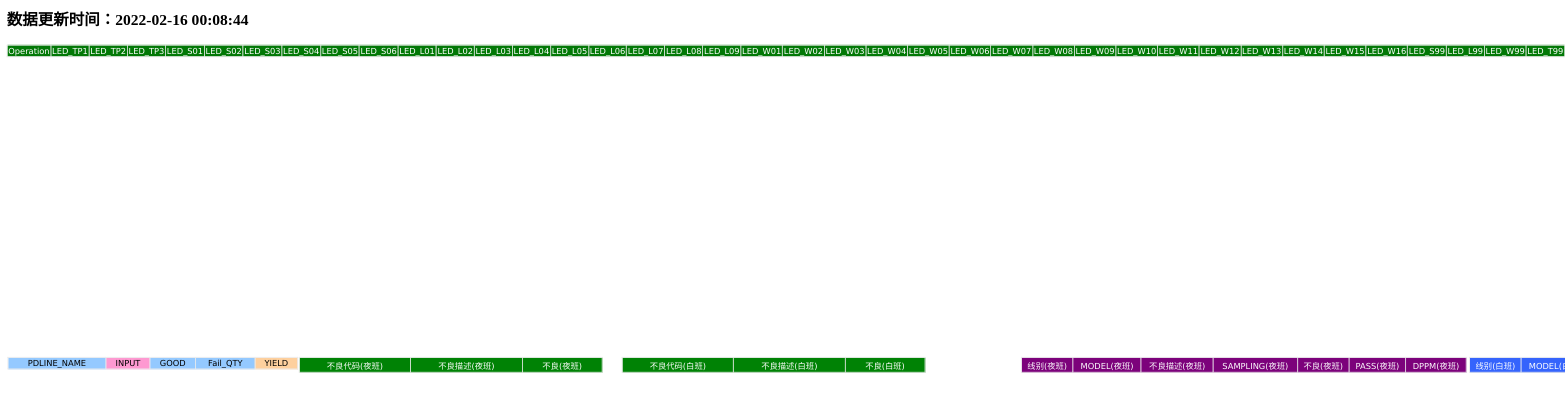
Repository: zxj19880502/mycode
Page: http://localhost/test1/time.jsp
An editor plug-in stored every save of this project. The page is shown before and after the next save, followed by the edit.
The browser window is 1280 px wide. The page is 1886 px wide, so the pictures cover 1886 px, including what lies to the right of the window. The pictures show the whole page, at 83% of full size.
The page is served by Tomcat 9. Queries for data that is not in the repository find no rows.

Above is the page before, as saved 2022-02-17 00:35:00.

### apache-tomcat-8.5.73/webapps/ROOT/test1/time.jsp
<%@ page contentType="text/html;charset=utf-8" language="java" errorPage="" %>
 <%@ page import="java.text.*"%>
<%@ page import="java.sql.*" %>
 <%@page import="java.util.*"%>

<meta http-equiv="refresh" content="300">

<html>



<head>

  <title>时间查询</title>


<style type="text/css">
#container {
    height: 70%;
}

.highcharts-figure,
.highcharts-data-table table {

    margin: 1em auto;
}

#datatable {
    font-family: Verdana, sans-serif;
    border-collapse: collapse;
    border: 1px solid #ebebeb;

    text-align: center;
    font-size:10px;

}



#datatable td,
#datatable th,
#datatable caption {
    padding: 0.1em;
}

#datatable thead tr,
#datatable tr:nth-child(even) {
    background: #f8f8f8;
}

#datatable tr:hover {
    background: #f1f7ff;
}

		</style>
</head>
 <body >

<%

Class.forName("oracle.jdbc.driver.OracleDriver");

Connection connection=DriverManager.getConnection("jdbc:oracle:thin:@172.22.24.221:1521:ledmes1","sajet","tech");

Statement stmt=connection.createStatement();

Statement stmtc=connection.createStatement();
Statement cc=connection.createStatement();
Statement dd=connection.createStatement();

Statement hja=connection.createStatement();
Statement wip=connection.createStatement();

Statement nqc=connection.createStatement();
Statement dqc=connection.createStatement();

String path = request.getContextPath();
String basePath = request.getScheme()+"://"+request.getServerName()+":"+request.getServerPort()+path+"/";
String starday = request.getParameter("day");//用request得到
String startime = request.getParameter("time");//用request得到
String endday = request.getParameter("endday");//用request得到
String endtime = request.getParameter("endtime");//用request得到
String datetime = new SimpleDateFormat("yyyy-MM-dd HH:mm:ss").format(Calendar.getInstance().getTime());//系统时间变量
ResultSet rs =stmt.executeQuery("SELECT PROCESS_NAME ,sum(nvl(LED_TP1,'0')) LED_TP1,sum(nvl(LED_TP2,'0')) LED_TP2,sum(nvl(LED_TP3,'0')) LED_TP3,sum(nvl(LED_S01,'0')) LED_S01,sum(nvl(LED_S02,'0')) LED_S02,sum(nvl(LED_S03,'0')) LED_S03,sum(nvl(LED_S04,'0')) LED_S04,sum(nvl(LED_S05,'0')) LED_S05,sum(nvl(LED_S06,'0')) LED_S06,sum(nvl(LED_L01,'0')) LED_L01,sum(nvl(LED_L02,'0')) LED_L02,sum(nvl(LED_L03,'0')) LED_L03,sum(nvl(LED_L04,'0')) LED_L04,sum(nvl(LED_L05,'0')) LED_L05,sum(nvl(LED_L06,'0')) LED_L06,sum(nvl(LED_L07,'0')) LED_L07,sum(nvl(LED_L08,'0')) LED_L08,sum(nvl(LED_L09,'0')) LED_L09,sum(nvl(LED_W01,'0')) LED_W01,sum(nvl(LED_W02,'0')) LED_W02,sum(nvl(LED_W03,'0')) LED_W03,sum(nvl(LED_W04,'0')) LED_W04,sum(nvl(LED_W05,'0')) LED_W05,sum(nvl(LED_W06,'0')) LED_W06,sum(nvl(LED_W07,'0')) LED_W07,sum(nvl(LED_W08,'0')) LED_W08,sum(nvl(LED_W09,'0')) LED_W09,sum(nvl(LED_W10,'0')) LED_W10,sum(nvl(LED_W11,'0')) LED_W11,sum(nvl(LED_W12,'0')) LED_W12,sum(nvl(LED_W13,'0')) LED_W13,sum(nvl(LED_W14,'0')) LED_W14,sum(nvl(LED_W15,'0')) LED_W15,sum(nvl(LED_W16,'0')) LED_W16,sum(nvl(LED_S99,'0')) LED_S99,sum(nvl(LED_L99,'0')) LED_L99,sum(nvl(LED_W99,'0')) LED_W99,sum(nvl(LED_T99,'0')) LED_T99 from(SELECT PDLINE_NAME,PROCESS_NAME, decode(PDLINE_NAME,'LED_TP1',input)LED_TP1,decode(PDLINE_NAME,'LED_W10',input) LED_W10,decode(PDLINE_NAME,'LED_W16',input) LED_W16 ,decode(PDLINE_NAME,'LED_W01',input) LED_W01 ,decode(PDLINE_NAME,'LED_L05',input) LED_L05,decode(PDLINE_NAME,'LED_S01',input) LED_S01,decode(PDLINE_NAME,'LED_S02',input) LED_S02 ,decode(PDLINE_NAME,'LED_L02',input) LED_L02 ,decode(PDLINE_NAME,'LED_L08',input) LED_L08 ,decode(PDLINE_NAME,'LED_L04',input) LED_L04 ,decode(PDLINE_NAME,'LED_L09',input) LED_L09,decode(PDLINE_NAME,'LED_TP2',input) LED_TP2,decode(PDLINE_NAME,'LED_W03',input) LED_W03 ,decode(PDLINE_NAME,'LED_L03',input) LED_L03 ,decode(PDLINE_NAME,'LED_W07',input) LED_W07,decode(PDLINE_NAME,'LED_W08',input) LED_W08,decode(PDLINE_NAME,'LED_S05',input) LED_S05 ,decode(PDLINE_NAME,'LED_W05',input) LED_W05 ,decode(PDLINE_NAME,'LED_W04',input) LED_W04 ,decode(PDLINE_NAME,'LED_TP3',input) LED_TP3 ,decode(PDLINE_NAME,'LED_S99',input) LED_S99,decode(PDLINE_NAME,'LED_W02',input) LED_W02,decode(PDLINE_NAME,'LED_S04',input) LED_S04 ,decode(PDLINE_NAME,'LED_S03',input) LED_S03 ,decode(PDLINE_NAME,'LED_W09',input) LED_W09,decode(PDLINE_NAME,'LED_L01',input) LED_L01,decode(PDLINE_NAME,'LED_L07',input) LED_L07 ,decode(PDLINE_NAME,'LED_W11',input) LED_W11 ,decode(PDLINE_NAME,'LED_L99',input) LED_L99 ,decode(PDLINE_NAME,'LED_W12',input) LED_W12 ,decode(PDLINE_NAME,'LED_S06',input) LED_S06 ,decode(PDLINE_NAME,'LED_W06',input) LED_W06 ,decode(PDLINE_NAME,'LED_L06',input) LED_L06 ,decode(PDLINE_NAME,'LED_W13',input) LED_W13 ,decode(PDLINE_NAME,'LED_W14',input) LED_W14 ,decode(PDLINE_NAME,'LED_W15',input) LED_W15 ,decode(PDLINE_NAME,'LED_W99',input) LED_W99 ,decode(PDLINE_NAME,'LED_T99',input) LED_T99 from INPUT_QTYC  WHERE WORK_DATE||WORK_TIME between to_CHAR('"+startime+""+starday+"')and to_char('"+endtime+""+endday+"'))GROUP BY PROCESS_NAME ");
ResultSet hjb =hja.executeQuery("SELECT PROCESS_NAME ,sum(INPUT)AS INPUT,sum(PASS_QTY)AS PASS_QTY,sum(FAIL_QTY)AS fail, SUM(REPASS_QTY)AS REPASS,CONCAT(round(decode(SUM(PASS_QTY),0,0,(SUM(PASS_QTY)/(sum(input)))*100),2),'%')AS yeald FROM input_qtyc  WHERE WORK_DATE||WORK_TIME between to_CHAR('"+startime+""+starday+"')and to_char('"+endtime+""+endday+"')  GROUP BY PROCESS_NAME ");
ResultSet wips =wip.executeQuery("SELECT '合计'AS heji, sum(PASS_QTY+FAIL_QTY)AS INPUT,sum(PASS_QTY)AS PASS_QTY,sum(FAIL_QTY)AS fail, SUM(REPASS_QTY)AS REPASS,CONCAT(round(decode(SUM(PASS_QTY),0,0,(SUM(PASS_QTY)/(sum(PASS_QTY+FAIL_QTY)))*100),2),'%')AS yeald FROM G_SN_COUNT a LEFT join sajet.SYS_PROCESS b  on a.process_id = b.process_id LEFT join sajet.SYS_PDLINE c  on a.PDLINE_ID = c.PDLINE_ID WHERE WORK_DATE||WORK_TIME between to_CHAR('"+startime+""+starday+"')and to_char('"+endtime+""+endday+"')");

ResultSet rc =stmtc.executeQuery("SELECT * FROM (SELECT PDLINE_NAME,sum(PASS_QTY+FAIL_QTY)as input,sum(PASS_QTY)as good,SUM(FAIL_QTY)AS FAIL_QTY,CONCAT(round(decode(SUM(PASS_QTY),0,0,(SUM(PASS_QTY)/(sum(PASS_QTY+FAIL_QTY)))*100),2),'%')as Yield from(select * from sajet.G_SN_COUNT a  LEFT join sajet.SYS_PROCESS b  on a.process_id = b.process_id LEFT join sajet.SYS_PDLINE c  on a.PDLINE_ID = c.PDLINE_ID LEFT join sajet.G_WO_BASE d  on a.WORK_ORDER = d.WORK_ORDER WHERE A.WORK_DATE||A.WORK_TIME between to_CHAR('"+startime+""+starday+"')and to_char('"+endtime+""+endday+"') )GROUP BY PDLINE_NAME ORDER BY FAIL_QTY DESC ) ");
ResultSet rb =cc.executeQuery("SELECT distinct Defect_Code 不良代码,Defect_Desc 不良描述, SUMCOUNT 数量 FROM (SELECT F.Defect_Code , F.Defect_Desc ,SUM (A.DEFECT_QTY) SUMCOUNT FROM SAJET.G_SN_DEFECT A, SAJET.SYS_DEFECT F WHERE 1=1 and  A.REC_TIME >= (SYSDATE - 225)AND A.REC_TIME <  (SYSDATE) AND A.DEFECT_ID = F.DEFECT_ID AND  A.REC_TIME between TRUNC(SYSDATE) + 08/24 and TRUNC(SYSDATE) + 20/24 GROUP BY F.Defect_Code, F.Defect_Desc ORDER BY 3 DESC)WHERE ROWNUM <= 20");
ResultSet rf=dd.executeQuery("SELECT distinct Defect_Code 不良代码,Defect_Desc 不良描述, SUMCOUNT 数量 FROM (SELECT F.Defect_Code , F.Defect_Desc ,SUM (A.DEFECT_QTY) SUMCOUNT FROM SAJET.G_SN_DEFECT A, SAJET.SYS_DEFECT F WHERE 1=1 and  A.REC_TIME >= (SYSDATE - 225)AND A.REC_TIME <  (SYSDATE) AND A.DEFECT_ID = F.DEFECT_ID AND  A.REC_TIME between TRUNC(SYSDATE-1) + 20/24 and TRUNC(SYSDATE) + 08/24 GROUP BY F.Defect_Code, F.Defect_Desc ORDER BY 3 DESC)WHERE ROWNUM <= 20");

ResultSet nq=nqc.executeQuery("SELECT PDLINE_NAME 线别,MODEL_ID model,defect_desc 不良描述,SAMPLING_SIZE SAMPLING,FAIL_QTY 不良,PASS_QTY PASS,dppm FROM (SELECT D.PDLINE_NAME,A.MODEL_ID ,C.DEFECT_DESC,A.SAMPLING_SIZE ,A.FAIL_QTY,A.PASS_QTY,sum(FAIL_QTY/SAMPLING_SIZE*1000000)DPPM FROM G_QC_LOT A LEFT JOIN G_QC_SN_DEFECT B ON A.QC_LOTNO =B.QC_LOTNO LEFT JOIN SYS_DEFECT C ON B.DEFECT_ID =C.DEFECT_ID LEFT JOIN SYS_PDLINE D ON A.PDLINE_ID =D.PDLINE_ID WHERE END_TIME between TRUNC(SYSDATE-1) + 20/24 and TRUNC(SYSDATE) + 08/24 GROUP BY D.PDLINE_NAME,A.MODEL_ID ,C.DEFECT_DESC,A.SAMPLING_SIZE ,A.FAIL_QTY,A.PASS_QTY ORDER BY A.FAIL_QTY DESC )WHERE ROWNUM <= 20");
ResultSet dq=dqc.executeQuery("SELECT PDLINE_NAME 线别,MODEL_ID model,defect_desc 不良描述,SAMPLING_SIZE SAMPLING,FAIL_QTY 不良,PASS_QTY PASS ,dppm FROM (SELECT D.PDLINE_NAME,A.MODEL_ID ,C.DEFECT_DESC,A.SAMPLING_SIZE ,A.FAIL_QTY,A.PASS_QTY ,sum(FAIL_QTY/SAMPLING_SIZE*1000000) dppm FROM G_QC_LOT A LEFT JOIN G_QC_SN_DEFECT B ON A.QC_LOTNO =B.QC_LOTNO LEFT JOIN SYS_DEFECT C ON B.DEFECT_ID =C.DEFECT_ID LEFT JOIN SYS_PDLINE D ON A.PDLINE_ID =D.PDLINE_ID WHERE END_TIME between TRUNC(SYSDATE) + 08/24 and TRUNC(SYSDATE) + 20/24 GROUP BY D.PDLINE_NAME,A.MODEL_ID ,C.DEFECT_DESC,A.SAMPLING_SIZE ,A.FAIL_QTY,A.PASS_QTY ORDER BY A.FAIL_QTY DESC )WHERE ROWNUM <= 20");
%>
<tr><td><h3>数据更新时间：<%=datetime %></h3></td></tr>



<table id="datatable" border="1">

    <tr>


  <td style="background: #027806;color: #fff">Operation</td>

         <td style="background: #027806;color: #fff">LED_TP1</td>
         <td style="background: #027806;color: #fff">LED_TP2</td>
         <td style="background: #027806;color: #fff">LED_TP3</td>
         <td style="background: #027806;color: #fff">LED_S01</td>
         <td style="background: #027806;color: #fff">LED_S02</td>
         <td style="background: #027806;color: #fff">LED_S03</td>
         <td style="background: #027806;color: #fff">LED_S04</td>
         <td style="background: #027806;color: #fff">LED_S05</td>
         <td style="background: #027806;color: #fff">LED_S06</td>
         <td style="background: #027806;color: #fff">LED_L01</td>
         <td style="background: #027806;color: #fff">LED_L02</td>
         <td style="background: #027806;color: #fff">LED_L03</td>
         <td style="background: #027806;color: #fff">LED_L04</td>
         <td style="background: #027806;color: #fff">LED_L05</td>
         <td style="background: #027806;color: #fff">LED_L06</td>
         <td style="background: #027806;color: #fff">LED_L07</td>
         <td style="background: #027806;color: #fff">LED_L08</td>
         <td style="background: #027806;color: #fff">LED_L09</td>
         <td style="background: #027806;color: #fff">LED_W01</td>
         <td style="background: #027806;color: #fff">LED_W02</td>
         <td style="background: #027806;color: #fff">LED_W03</td>
         <td style="background: #027806;color: #fff">LED_W04</td>
         <td style="background: #027806;color: #fff">LED_W05</td>
         <td style="background: #027806;color: #fff">LED_W06</td>
         <td style="background: #027806;color: #fff">LED_W07</td>
         <td style="background: #027806;color: #fff">LED_W08</td >
         <td style="background: #027806;color: #fff">LED_W09</td>
         <td style="background: #027806;color: #fff">LED_W10</td>
         <td style="background: #027806;color: #fff">LED_W11</td>
         <td style="background: #027806;color: #fff">LED_W12</td>
         <td style="background: #027806;color: #fff">LED_W13</td>
         <td style="background: #027806;color: #fff">LED_W14</td>
         <td style="background: #027806;color: #fff">LED_W15</td>
         <td style="background: #027806;color: #fff">LED_W16</td>
         <td style="background: #027806;color: #fff">LED_S99</td>
         <td style="background: #027806;color: #fff">LED_L99</td>
         <td style="background: #027806;color: #fff">LED_W99</td>
         <td style="background: #027806;color: #fff">LED_T99</td>

       </tr>


          <% while(rs.next()){ %>

        <tr style="background: #ffffd1">

           <td style=" background: #cb99fa"> <%=rs.getString(1)%></td>
            <td> <%=rs.getString(2)%></td>
             <td> <%=rs.getString(3)%></td>
              <td> <%=rs.getString(4)%></td>
               <td> <%=rs.getString(5)%></td>
                <td> <%=rs.getString(6)%></td>
                 <td> <%=rs.getString(7)%></td>
                  <td> <%=rs.getString(8)%></td>
                   <td> <%=rs.getString(9)%></td>
                    <td> <%=rs.getString(10)%></td>
                     <td> <%=rs.getString(11)%></td>
                      <td> <%=rs.getString(12)%></td>
                       <td> <%=rs.getString(13)%></td>
                        <td> <%=rs.getString(14)%></td>
                         <td> <%=rs.getString(15)%></td>
                          <td> <%=rs.getString(16)%></td>
                           <td> <%=rs.getString(17)%></td>
                            <td> <%=rs.getString(18)%></td>
                             <td> <%=rs.getString(19)%></td>
                              <td> <%=rs.getString(20)%></td>
                               <td> <%=rs.getString(21)%></td>
                                <td> <%=rs.getString(22)%></td>
                                 <td> <%=rs.getString(23)%></td>
                                  <td> <%=rs.getString(24)%></td>
                                   <td> <%=rs.getString(25)%></td>
                                    <td> <%=rs.getString(26)%></td>
                                     <td> <%=rs.getString(27)%></td>
                                      <td> <%=rs.getString(28)%></td>
                                      <td> <%=rs.getString(29)%></td>
                                       <td> <%=rs.getString(30)%></td>
                                        <td> <%=rs.getString(31)%></td>
                                         <td> <%=rs.getString(32)%></td>
                                          <td> <%=rs.getString(33)%></td>
                                           <td> <%=rs.getString(34)%></td>
                                            <td> <%=rs.getString(35)%></td>
                                             <td> <%=rs.getString(36)%></td>
                                              <td> <%=rs.getString(37)%></td>
                                               <td> <%=rs.getString(38)%></td>
                                               <td> <%=rs.getString(39)%></td>



     <% } %>


  </tr>





 <table  name="er" id="er" style="position:absolute;top:430px;left:9px;width: 350px;font-family: Verdana, sans-serif;border-collapse: collapse;border: 1px solid #ebebeb;text-align: center;font-size:10px">
  <tr>
      <td style="background: #94c9ff;border: 1px solid #ebebeb;">PDLINE_NAME  </td>
       <td style="background: #fe99d1;border: 1px solid #ebebeb;">INPUT</td>
          <td style="background: #94c9ff;border: 1px solid #ebebeb;">GOOD</td>
          <td style="background: #94c9ff;border: 1px solid #ebebeb;">Fail_QTY</td>
           <td  style="background: #fed09e;border: 1px solid #ebebeb;">YIELD</td>
  </tr>

  <% while(rc.next()){   %>

    <tr >

           <td style="background: #94c9ff; border: 1px solid #ebebeb;"> <%=rc.getString(1)%></td>
           <td style="background: #fe99d1; border: 1px solid #ebebeb;"> <%=rc.getString(2)%></td>
           <td style="background: #94c9ff; border: 1px solid #ebebeb;"> <%=rc.getString(3)%></td>
           <td style="background: #94c9ff; border: 1px solid #ebebeb;"> <%=rc.getString(4)%></td>
           <td style="background: #fed09e; border: 1px solid #ebebeb;"> <%=rc.getString(5)%></td>
</tr>

  <% } %>

  </table>

<script type="text/javascript">
window.onload = function() {
    // 第4列
    var column_num = 4;

    // 获取元素
    var table = document.getElementById("er"),
        rows = table.getElementsByTagName("tr");

    // 循环表格
    for(var i = 0; i < rows.length; i++) {
        var cells = rows[i].getElementsByTagName("td");
        for(var c = 0; c < cells.length; c++) {
            // 对应列
            if(c + 1 === column_num
                // 判断是否小于 0
                && parseFloat(cells[c].innerHTML) > 0) {
                // 两者均成立，改变颜色
                rows[i].style.color = "#f00";
                // 检查下一行
                break;
            }
        }
    }
}
</script>


 <table style="position:absolute;top:430px;left:749px;width: 366px;font-family: Verdana, sans-serif;border-collapse: collapse;border: 1px solid #ebebeb;text-align: center;font-size:10px">
  <tr>

        <td style="background: #008205;border: 1px solid #ebebeb;color: #fff;">不良代码(白班)</td>
         <td style="background: #008205;border: 1px solid #ebebeb;color: #fff;">不良描述(白班)</td>
          <td style="background: #008205;border: 1px solid #ebebeb;color: #fff;">不良(白班)</td>
          </tr>



  <% while(rb.next()){ %>
    <tr>

           <td style=" background: #fcfe9d;border: 1px solid #ebebeb;"> <%=rb.getString(1)%></td>
           <td style=" background: #fcfe9d;border: 1px solid #ebebeb;"> <%=rb.getString(2)%></td>
           <td style=" background: #fcfe9d;border: 1px solid #ebebeb;"> <%=rb.getString(3)%></td>
          </tr>

  <% } %>
 <table id="two" style="position:absolute;top:430px;left:360px;;width: 366;font-family: Verdana, sans-serif;border-collapse: collapse;border: 1px solid #ebebeb;text-align: center;font-size:10px">
  <tr>

        <td style="background: #008205;border: 1px solid #ebebeb;color: #fff;">不良代码(夜班)</td>
         <td style="background: #008205;border: 1px solid #ebebeb;color: #fff;">不良描述(夜班)</td>
          <td style="background: #008205;border: 1px solid #ebebeb;color: #fff;">不良(夜班)</td>
          </tr>



  <% while(rf.next()){ %>
    <tr>

           <td style=" background: #fcfe9d;border: 1px solid #ebebeb;"> <%=rf.getString(1)%></td>
           <td style=" background: #fcfe9d;border: 1px solid #ebebeb;"> <%=rf.getString(2)%></td>
           <td style=" background: #fcfe9d;border: 1px solid #ebebeb;"> <%=rf.getString(3)%></td>
          </tr>

  <% } %>

</table>



 <table  style="position:absolute;top:430px;left:1230px;;width: 537;font-family: Verdana, sans-serif;border-collapse: collapse;border: 1px solid #ebebeb;text-align: center;font-size:10px">
  <tr>

        <td style="background: #7c027b;border: 1px solid #ebebeb;color: #fff;">线别(夜班)</td>
         <td style="background: #7c027b;border: 1px solid #ebebeb;color: #fff;">MODEL(夜班)</td>
          <td style="background: #7c027b;border: 1px solid #ebebeb;color: #fff;">不良描述(夜班)</td>
          <td style="background: #7c027b;border: 1px solid #ebebeb;color: #fff;">SAMPLING(夜班)</td>
          <td style="background: #7c027b;border: 1px solid #ebebeb;color: #fff;">不良(夜班)</td>
          <td style="background: #7c027b;border: 1px solid #ebebeb;color: #fff;">PASS(夜班)</td>
          <td style="background: #7c027b;border: 1px solid #ebebeb;color: #fff;">DPPM(夜班)</td>
          </tr>



  <% while(nq.next()){ %>
    <tr>

           <td style=" background: #fcfe9d;border: 1px solid #ebebeb;"> <%=nq.getString(1)%></td>
           <td style=" background: #fcfe9d;border: 1px solid #ebebeb;"> <%=nq.getString(2)%></td>
           <td style=" background: #fcfe9d;border: 1px solid #ebebeb;"> <%=nq.getString(3)%></td>
           <td style=" background: #fcfe9d;border: 1px solid #ebebeb;"> <%=nq.getString(4)%></td>
           <td style=" background: #fcfe9d;border: 1px solid #ebebeb;"> <%=nq.getString(5)%></td>
           <td style=" background: #fcfe9d;border: 1px solid #ebebeb;"> <%=nq.getString(6)%></td>
           <td style=" background: #fcfe9d;border: 1px solid #ebebeb;"> <%=nq.getString(7)%></td>
          </tr>

  <% } %>

</table>

<table style="position:absolute;top:430px;left:1770px;;width: 537;font-family: Verdana, sans-serif;border-collapse: collapse;border: 1px solid #ebebeb;text-align: center;font-size:10px">
  <tr>

        <td style="background: #3564fc;border: 1px solid #ebebeb;color: #fff;">线别(白班)</td>
         <td style="background: #3564fc;border: 1px solid #ebebeb;color: #fff;">MODEL(白班)</td>
          <td style="background: #3564fc;border: 1px solid #ebebeb;color: #fff;">不良描述(白班)</td>
          <td style="background: #3564fc;border: 1px solid #ebebeb;color: #fff;">SAMPLING(白班)</td>
          <td style="background: #3564fc;border: 1px solid #ebebeb;color: #fff;">不良(白班)</td>
          <td style="background: #3564fc;border: 1px solid #ebebeb;color: #fff;">PASS(白班)</td>
          <td style="background: #3564fc;border: 1px solid #ebebeb;color: #fff;">DPPM(白班)</td>
          </tr>



  <% while(dq.next()){ %>
    <tr>

           <td style=" background: #fcfe9d;border: 1px solid #ebebeb;"> <%=dq.getString(1)%></td>
           <td style=" background: #fcfe9d;border: 1px solid #ebebeb;"> <%=dq.getString(2)%></td>
           <td style=" background: #fcfe9d;border: 1px solid #ebebeb;"> <%=dq.getString(3)%></td>
           <td style=" background: #fcfe9d;border: 1px solid #ebebeb;"> <%=dq.getString(4)%></td>
           <td style=" background: #fcfe9d;border: 1px solid #ebebeb;"> <%=dq.getString(5)%></td>
           <td style=" background: #fcfe9d;border: 1px solid #ebebeb;"> <%=dq.getString(6)%></td>
           <td style=" background: #fcfe9d;border: 1px solid #ebebeb;"> <%=dq.getString(7)%></td>
          </tr>

  <% } %>

</table>





	 <table  style="position:absolute;top:51px;left:2350px;width: 500px; font-family: Verdana, sans-serif;border-collapse: collapse;border: 1px solid #ebebeb;text-align: center;font-size:10px">
  <tr>

        <td style="background: #027806;color: #fff;border: 1px solid #ebebeb;">Operation</td>
         <td style="background: #027806;color: #fff;border: 1px solid #ebebeb;">INPUT</td>
         <td style="background: #027806;color: #fff;border: 1px solid #ebebeb;">良品数量</td>
         <td style="background: #027806;color: #fff;border: 1px solid #ebebeb;">不良数量</td>
         <td style="background: #027806;color: #fff;border: 1px solid #ebebeb;">维修数量</td>
          <td style="background: #027806;color: #fff;border: 1px solid #ebebeb;">YEALD</td>
          </tr>



  <% while(hjb.next()){ %>
    <tr>

           <td style=" background: #cb99fa;border: 1px solid #ebebeb;"> <%=hjb.getString(1)%></td>
           <td style=" background: #ffffd3;border: 1px solid #ebebeb;"> <%=hjb.getString(2)%></td>
           <td style=" background: #cfffff;border: 1px solid #ebebeb;"> <%=hjb.getString(3)%></td>
           <td style=" background: #cfffff;border: 1px solid #ebebeb;"> <%=hjb.getString(4)%></td>
           <td style=" background: #cfffff;border: 1px solid #ebebeb;"> <%=hjb.getString(5)%></td>
           <td style=" background: #cfffff;border: 1px solid #ebebeb;"> <%=hjb.getString(6)%></td>
          </tr>

  <% } %>

</table>





		 <table style="position:absolute;top:430px;left:2350px;width: 500px;font-family: Verdana, sans-serif;border-collapse: collapse;border: 1px solid #ebebeb;text-align: center;font-size:10px">
  <tr>

        <td style=" width:140px; background: #f89ace;color: #fff;border: 1px solid #ebebeb;">Operation</td>
        <td style="background: #f89ace;color: #fff;border: 1px solid #ebebeb;">INPUT</td>
         <td style="background: #f89ace;color: #fff;border: 1px solid #ebebeb;">良品数量</td>
          <td style="background: #f89ace;color: #fff;border: 1px solid #ebebeb;">不良数量</td>
         <td style="background: #f89ace;color: #fff;border: 1px solid #ebebeb;">维修数量</td>
         <td style="background: #f89ace;color: #fff;border: 1px solid #ebebeb;">YEALD</td>
          </tr>



  <% while(wips.next()){ %>
    <tr>

           <td  style="background: #cb99fa;border: 1px solid #ebebeb;"> <%=wips.getString(1)%></td>
           <td style=" background: #ffffd3;border: 1px solid #ebebeb;"> <%=wips.getString(2)%></td>
           <td style=" background: #cfffff;border: 1px solid #ebebeb;"> <%=wips.getString(3)%></td>
           <td style=" background: #cfffff;border: 1px solid #ebebeb;"> <%=wips.getString(4)%></td>
           <td style=" background: #cfffff;border: 1px solid #ebebeb;"> <%=wips.getString(5)%></td>
            <td style=" background: #cfffff;border: 1px solid #ebebeb;"> <%=wips.getString(6)%></td>
          </tr>

  <% } %>

</table>






 </table>

  </table>


  </body>
</html>

After the next save:
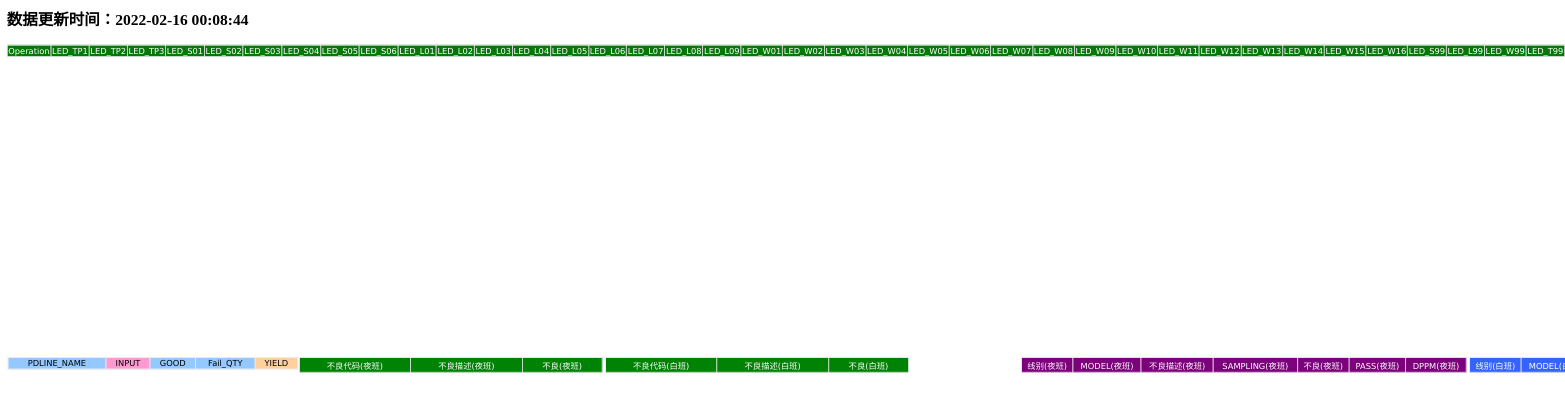
Saved 14 s later.
--- a/apache-tomcat-8.5.73/webapps/ROOT/test1/time.jsp
+++ b/apache-tomcat-8.5.73/webapps/ROOT/test1/time.jsp
@@ -252,7 +252,7 @@ window.onload = function() {
 </script>
 
 
- <table style="position:absolute;top:430px;left:749px;width: 366px;font-family: Verdana, sans-serif;border-collapse: collapse;border: 1px solid #ebebeb;text-align: center;font-size:10px">
+ <table style="position:absolute;top:430px;left:729px;width: 366px;font-family: Verdana, sans-serif;border-collapse: collapse;border: 1px solid #ebebeb;text-align: center;font-size:10px">
   <tr>
 
         <td style="background: #008205;border: 1px solid #ebebeb;color: #fff;">不良代码(白班)</td>
